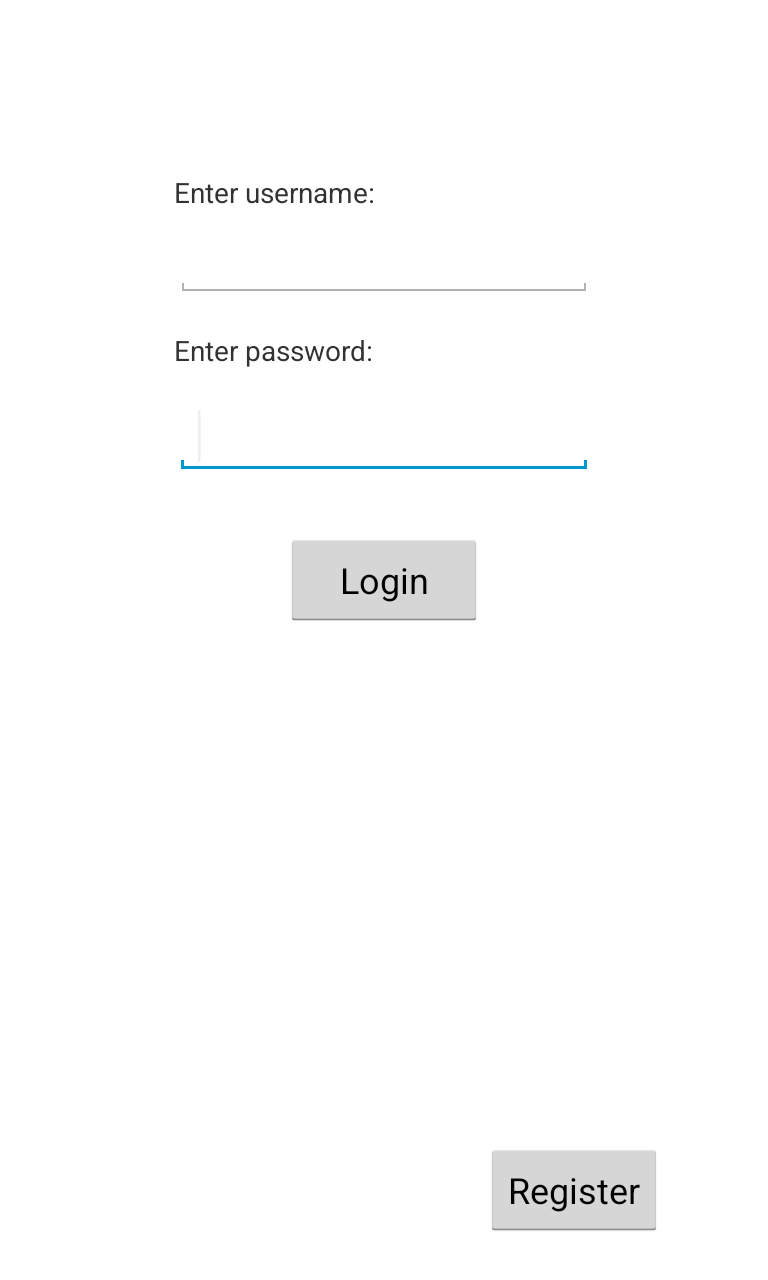
Repository: Codlex/JSMS
Layout: AndroidClient/res/layout/activity_main.xml
These files come from the project's save history. The layout is drawn as it stood at one moment and after the next save; the edit follows.
It is drawn on a 768 x 1280 px phone screen (xhdpi) without system bars, with theme AppTheme; the app's code is not run.

Above is the layout before, as saved 2013-01-04 14:46:30.

### AndroidClient/res/layout/activity_main.xml
<RelativeLayout xmlns:android="http://schemas.android.com/apk/res/android"
    xmlns:tools="http://schemas.android.com/tools"
    android:layout_width="match_parent"
    android:layout_height="match_parent"
    tools:context=".MainActivity" >

    <TextView
        android:id="@+id/text1"
        android:layout_width="wrap_content"
        android:layout_height="wrap_content"
        android:layout_alignBottom="@+id/username"
        android:layout_alignLeft="@+id/username"
        android:layout_alignRight="@+id/username"
   		android:text="@string/username"
        android:layout_marginBottom="44dp" />

    <TextView
        android:id="@+id/text2"
        android:layout_width="wrap_content"
        android:layout_height="wrap_content"
        android:layout_alignLeft="@+id/username"
        android:layout_below="@+id/text1"
        android:layout_marginTop="16dp"
        android:text="@string/password" />

    <EditText
        android:id="@+id/username"
        android:layout_width="wrap_content"
        android:layout_height="wrap_content"
        android:layout_alignParentTop="true"
        android:layout_centerHorizontal="true"
        android:layout_marginTop="110dp"
        android:ems="10"
        android:inputType="textPersonName" />

    <EditText
        android:id="@+id/password"
        android:layout_width="wrap_content"
        android:layout_height="wrap_content"
        android:layout_alignLeft="@+id/text2"
        android:layout_below="@+id/text2"
        android:layout_marginTop="14dp"
        android:ems="10"
        android:inputType="textPassword" >

        <requestFocus />
    </EditText>

    <Button
        android:id="@+id/registerb"
        android:layout_width="wrap_content"
        android:layout_height="wrap_content"
        android:layout_alignParentBottom="true"
        android:layout_marginBottom="21dp"
        android:layout_toRightOf="@+id/loginb"
        android:text="@string/register" />

    <Button
        android:id="@+id/loginb"
        android:layout_width="100dp"
        android:layout_height="wrap_content"
        android:layout_below="@+id/password"
        android:layout_centerHorizontal="true"
        android:layout_marginTop="28dp"
        android:text="@string/login" />

</RelativeLayout>

### AndroidClient/res/values/strings.xml
<?xml version="1.0" encoding="utf-8"?>
<resources>

    <string name="app_name">AndroidClient</string>
    <string name="hello_world">Hello world!</string>
    <string name="menu_settings">Settings</string>
    <string name="username">Enter username:</string>
    <string name="password">Enter password:</string>
    <string name="login">Login</string>
    <string name="register">Register</string>

</resources>

Loaded but not shown: AndroidClient/res/values/styles.xml (common file); AndroidClient/res/values-v11/styles.xml (common file); AndroidClient/res/values-v14/styles.xml (common file)

After the next save:
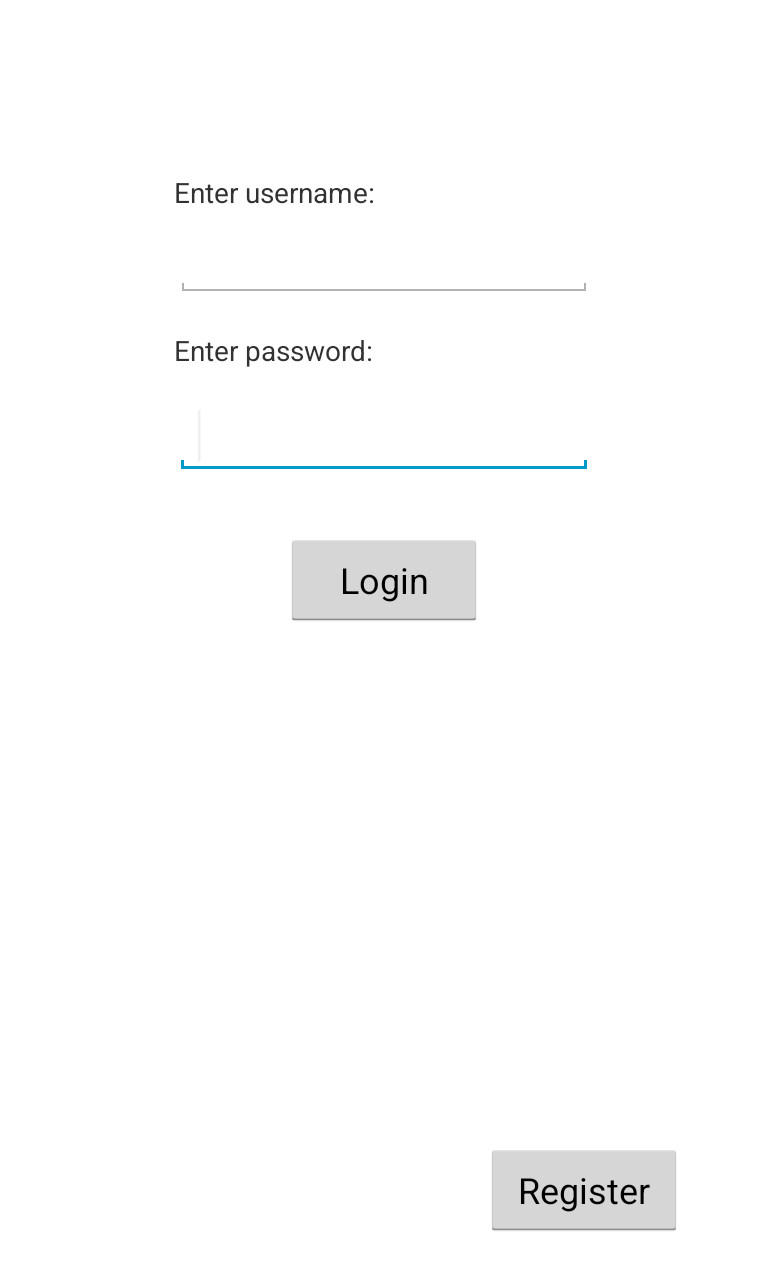
Saved 6 s later.
--- a/AndroidClient/res/layout/activity_main.xml
+++ b/AndroidClient/res/layout/activity_main.xml
@@ -48,7 +48,7 @@
 
     <Button
         android:id="@+id/registerb"
-        android:layout_width="wrap_content"
+        android:layout_width="100dp"
         android:layout_height="wrap_content"
         android:layout_alignParentBottom="true"
         android:layout_marginBottom="21dp"
